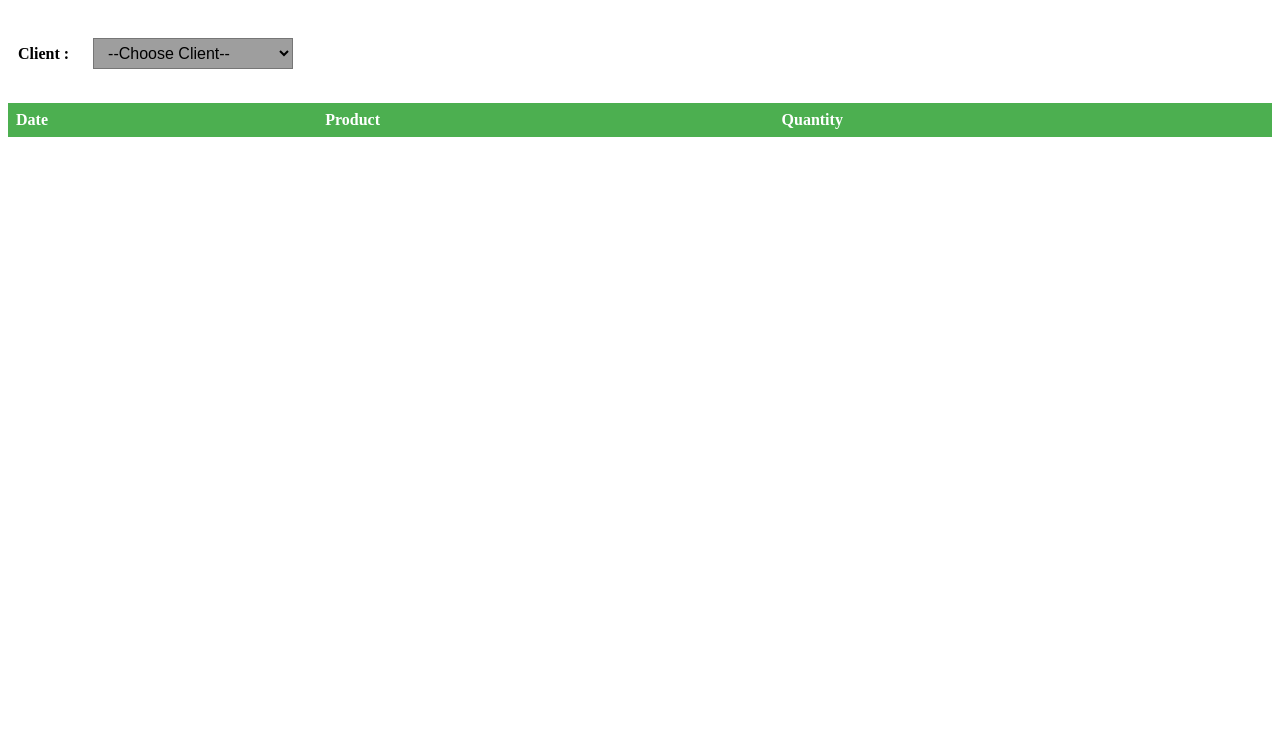
Repository: erjaimin/coding-ground
Page: http://localhost/SalesWebApp/stats.jsp
The author's editor kept a copy of each file at every save. The page is drawn from the files as they stood at one save, then again after the next save.
The browser window is 1280 px wide. The pictures show the whole page.
Pictures or frames that could not be fetched are drawn as grey boxes. Some web libraries are served in a nearby version. The page is served by Tomcat 9. Queries for data that is not in the repository find no rows.

Above is the page before, as saved 2017-11-28 18:44:49.

After the next save:
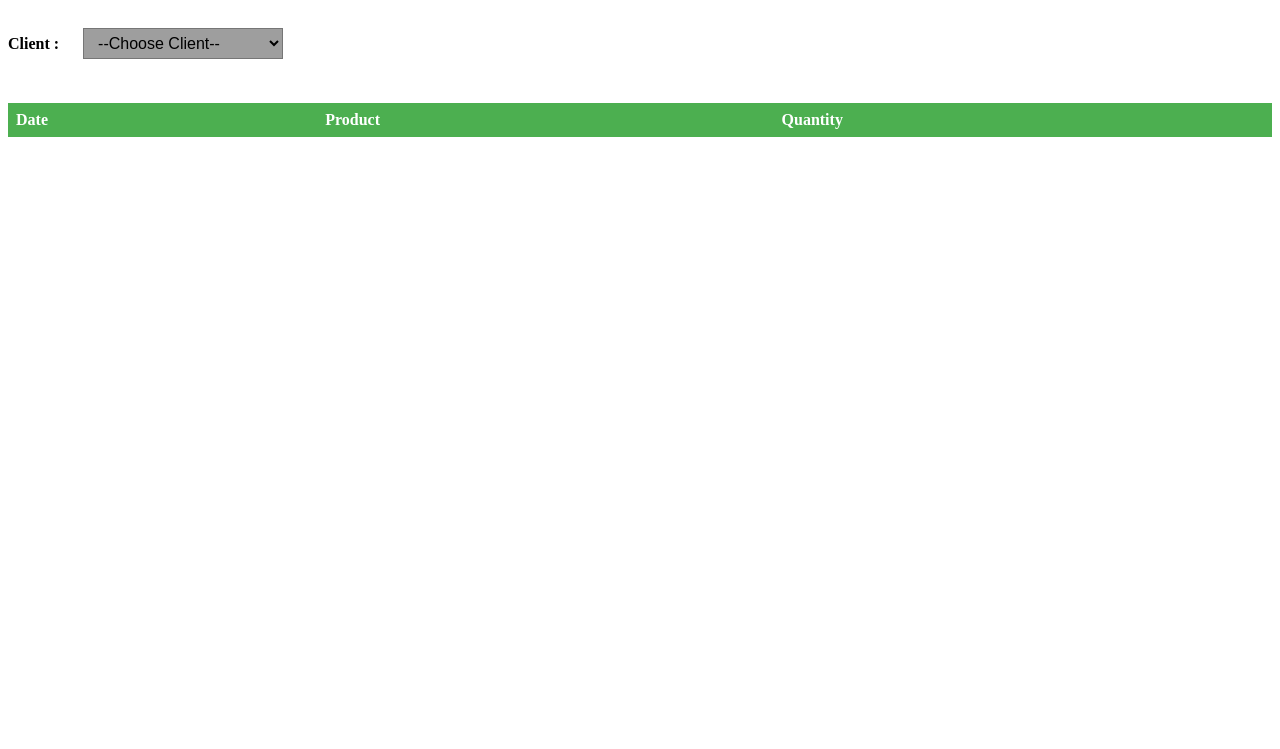
Saved 58 s later.
--- a/SalesWebApp/WebContent/stats.jsp
+++ b/SalesWebApp/WebContent/stats.jsp
@@ -88,7 +88,7 @@
 		    width: 100%;
 		    height: 75px;
 		    background-color: white;
-		    padding: 10px;
+		    padding: 0px;
 		}
 		.spacer{
 			width: 100%;
